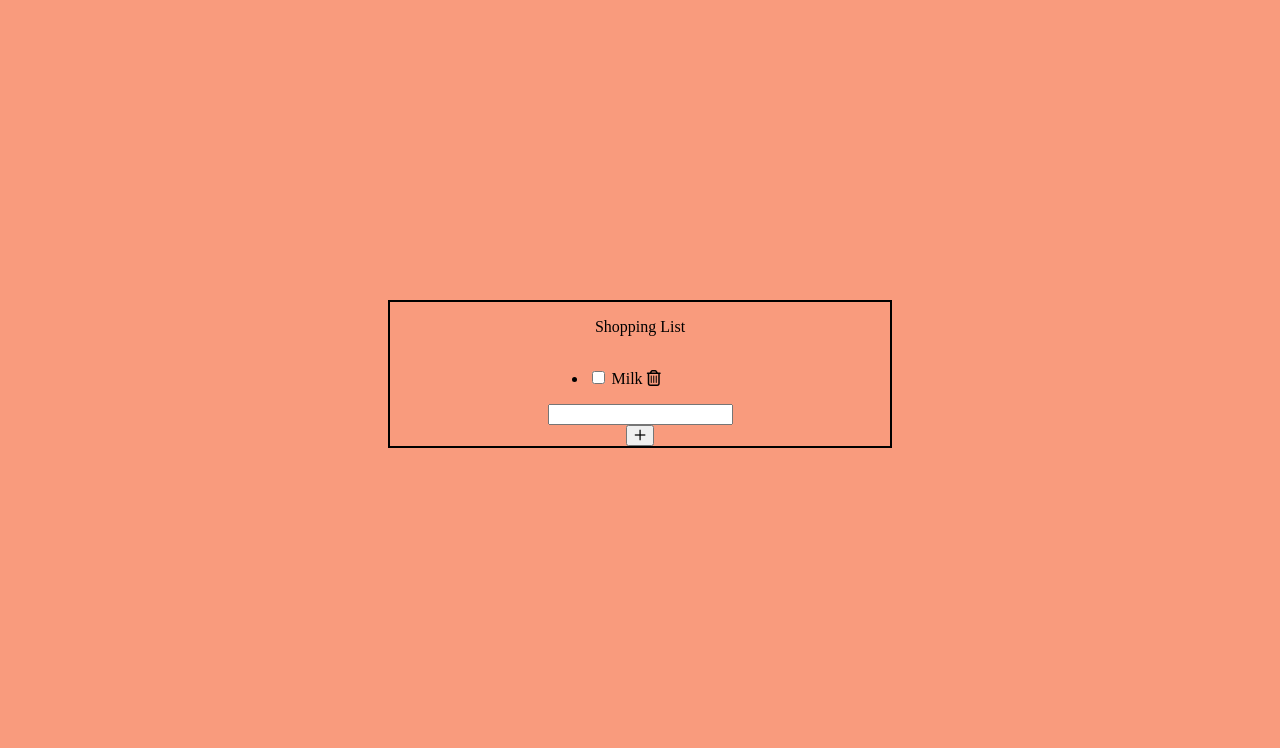
Repository: sephinejo/shopping-list-app
Page: index.html
The author's editor kept a copy of each file at every save. The page is drawn from the files as they stood at one save, then again after the next save.
The browser window is 1280 px wide. The pictures show the whole page.
Some web fonts or font styles are not loaded; a fallback is used. Some web libraries are served in a nearby version.

Above is the page before, as saved 2023-05-11 18:17:29.

### index.html
<!DOCTYPE html>
<html lang="en">
  <head>
    <meta charset="UTF-8" />
    <meta http-equiv="X-UA-Compatible" content="IE=edge" />
    <meta name="viewport" content="width=device-width, initial-scale=1.0" />
    <title>Shopping List 🛍️🛒</title>
    <link rel="preconnect" href="https://fonts.googleapis.com" />
    <link rel="preconnect" href="https://fonts.gstatic.com" crossorigin />
    <link
      href="https://fonts.googleapis.com/css2?family=Alice&family=Open+Sans:wght@300;400&family=Raleway&family=Roboto+Mono:wght@300;400;500&family=Roboto:wght@400;500&family=Ubuntu:wght@400;500&display=swap"
      rel="stylesheet"
    />
    <script
      src="https://kit.fontawesome.com/9ac80604cb.js"
      crossorigin="anonymous"
    ></script>
    <link rel="stylesheet" href="style.css" />
    <script src="main.js" defer></script>
  </head>
  <body>
    <div class="container">
      <header>
        <p class="title">Shopping List</p>
      </header>
      <main>
        <ul class="items">
          <li class="item">
            <input type="checkbox" />
            <label for="item">Milk</label>
            <i class="fa-regular fa-trash-can"></i>
          </li>
        </ul>
        <div class="input">
          <input type="text" />
        </div>
      </main>
      <footer>
        <button class="add">
          <i class="fa-regular fa-plus"></i>
        </button>
      </footer>
    </div>
  </body>
</html>

### style.css
body {
  margin: 0 auto;
  background-color: #f99b7d;
}

.container {
  margin: 300px auto;
  width: 500px;
  border: 2px solid black;
  display: flex;
  flex-direction: column;
  align-items: center;
}

header {
  background-color: ;
}

Loaded but not shown: main.js (no copy from this time; the picture is the same without it)

After the next save:
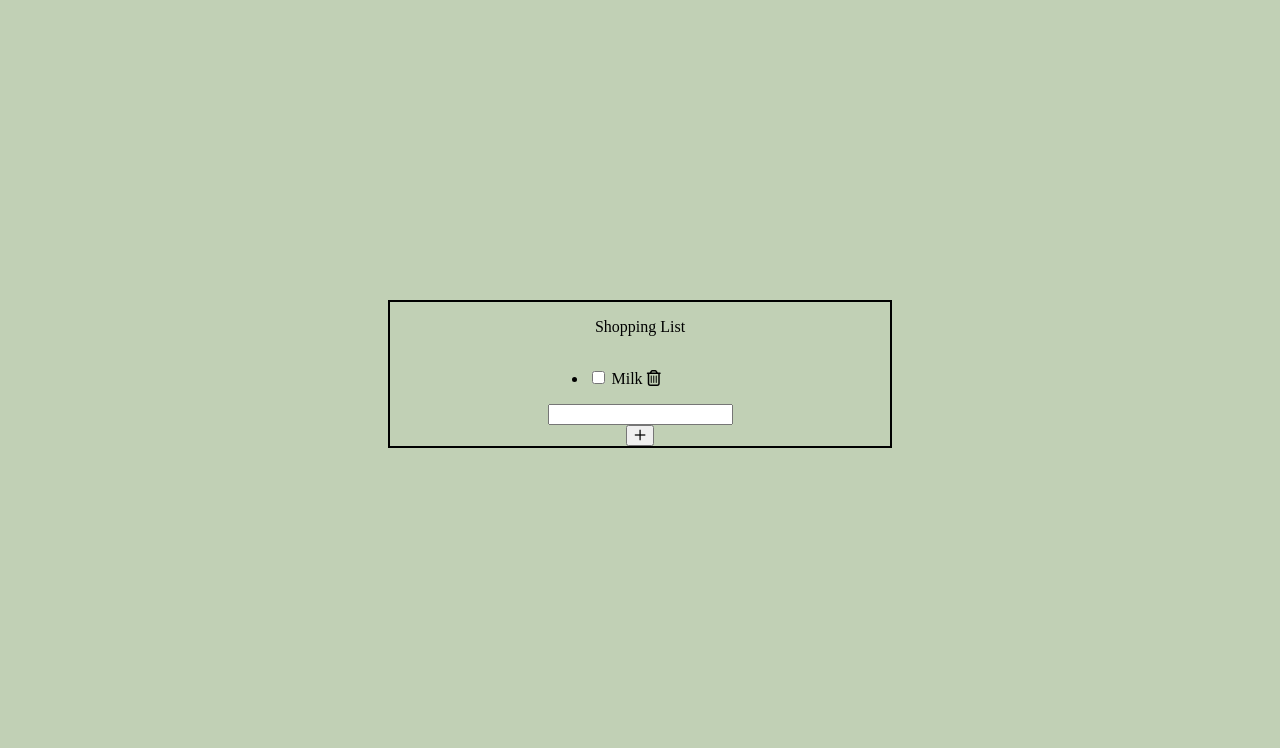
Saved 37 s later.
--- a/style.css
+++ b/style.css
@@ -1,6 +1,6 @@
 body {
   margin: 0 auto;
-  background-color: #f99b7d;
+  background-color: #c1d0b5;
 }
 
 .container {
